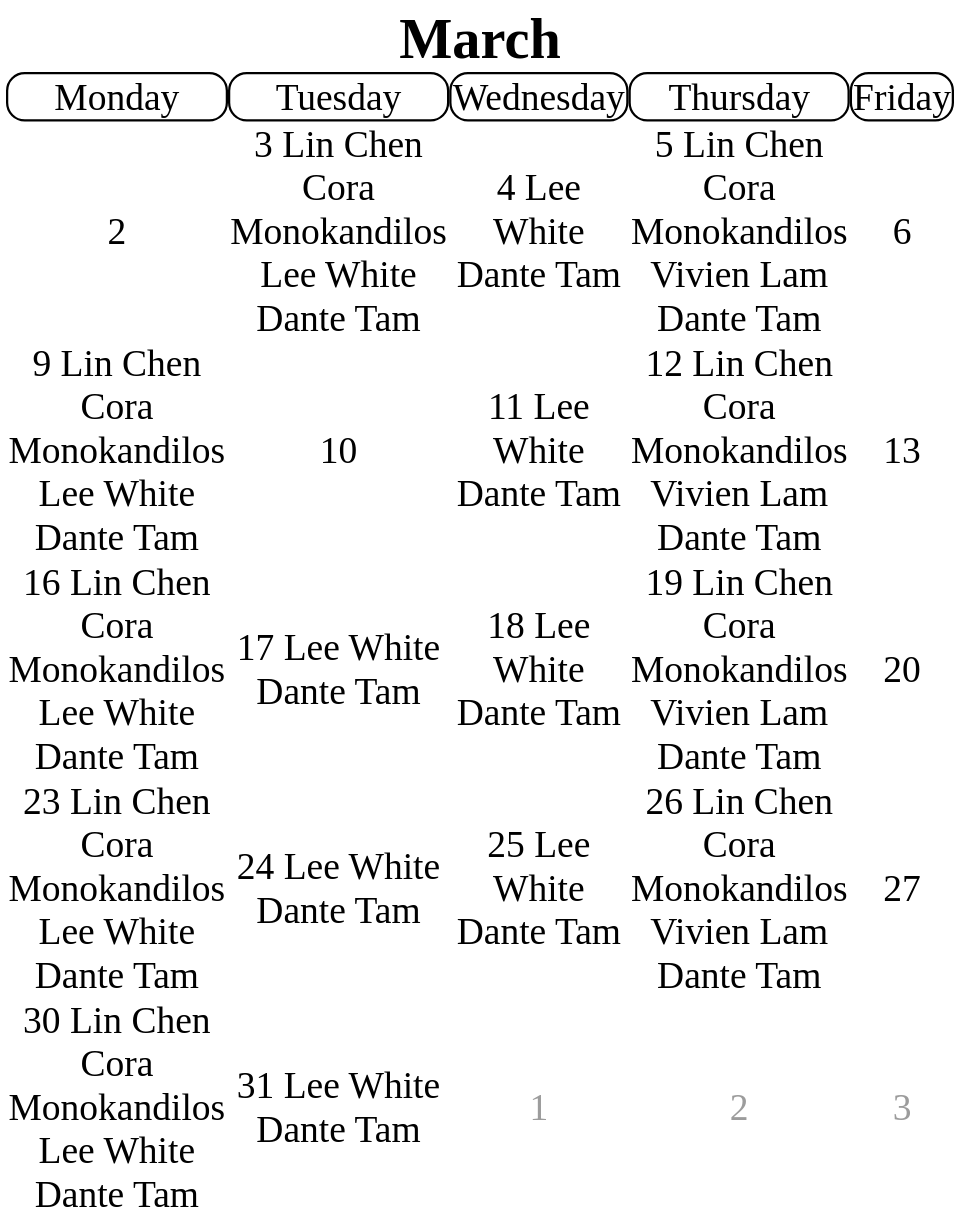
Repository: shleewhite/missionBitCalendar
Page: views/mar.html
The author's editor kept a record of every edit. The page is drawn from the files as they stood at one moment, then again after the next edit.
The browser window is 1280 px wide. The pictures show the whole page, at 75% of full size.

Above is the page before.

After the next edit:
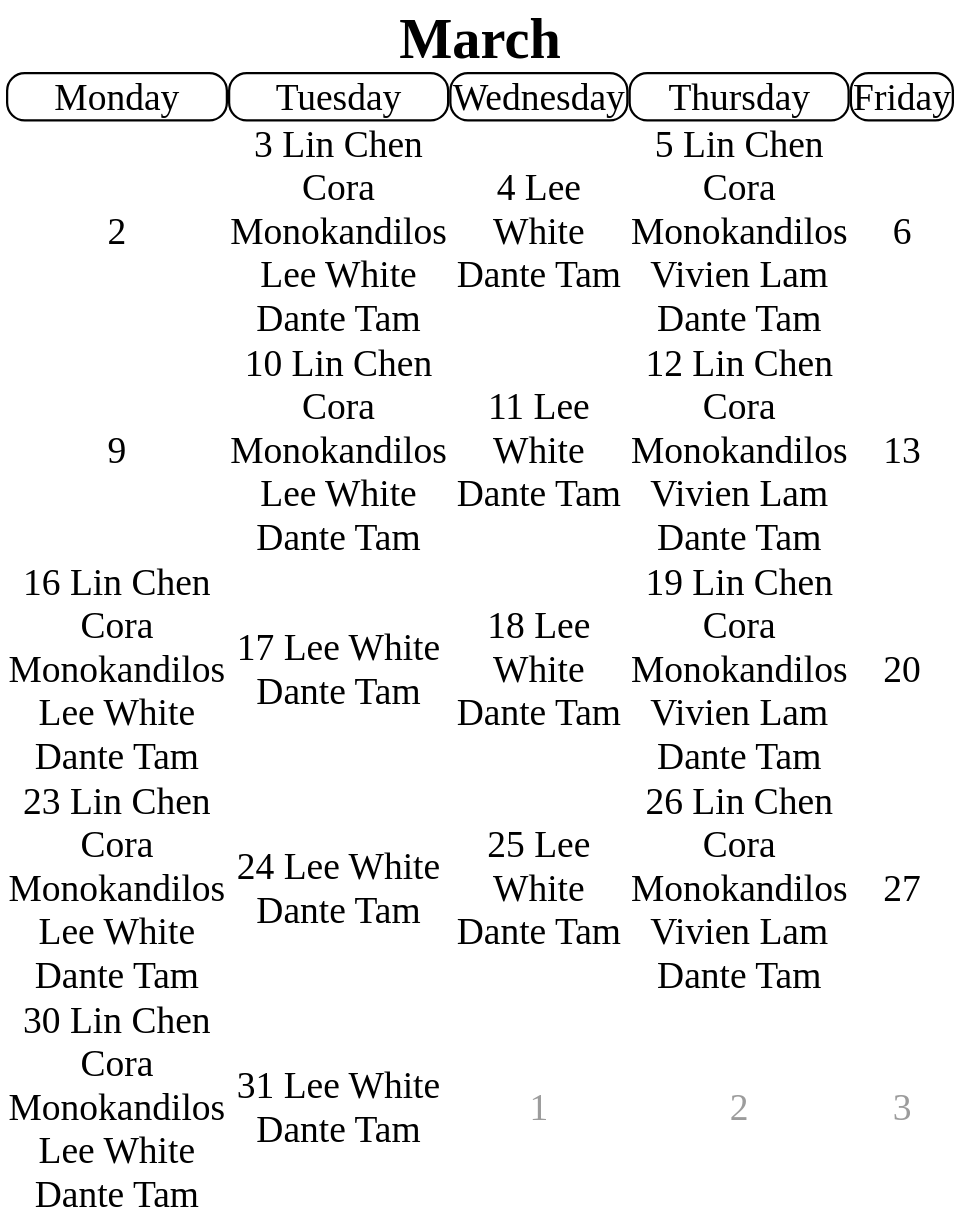
The edit:
--- a/views/mar.html
+++ b/views/mar.html
@@ -20,8 +20,8 @@
                 <td>6</td>
             </tr>
             <tr>
-                <td>9 Lin Chen<br>Cora Monokandilos<br>Lee White<br>Dante Tam</td>
-                <td>10</td>
+                <td>9</td>
+                <td>10 Lin Chen<br>Cora Monokandilos<br>Lee White<br>Dante Tam</td>
                 <td>11 Lee White<br>Dante Tam</td>
                 <td>12 Lin Chen<br>Cora Monokandilos<br>Vivien Lam<br>Dante Tam</td>
                 <td>13</td>
